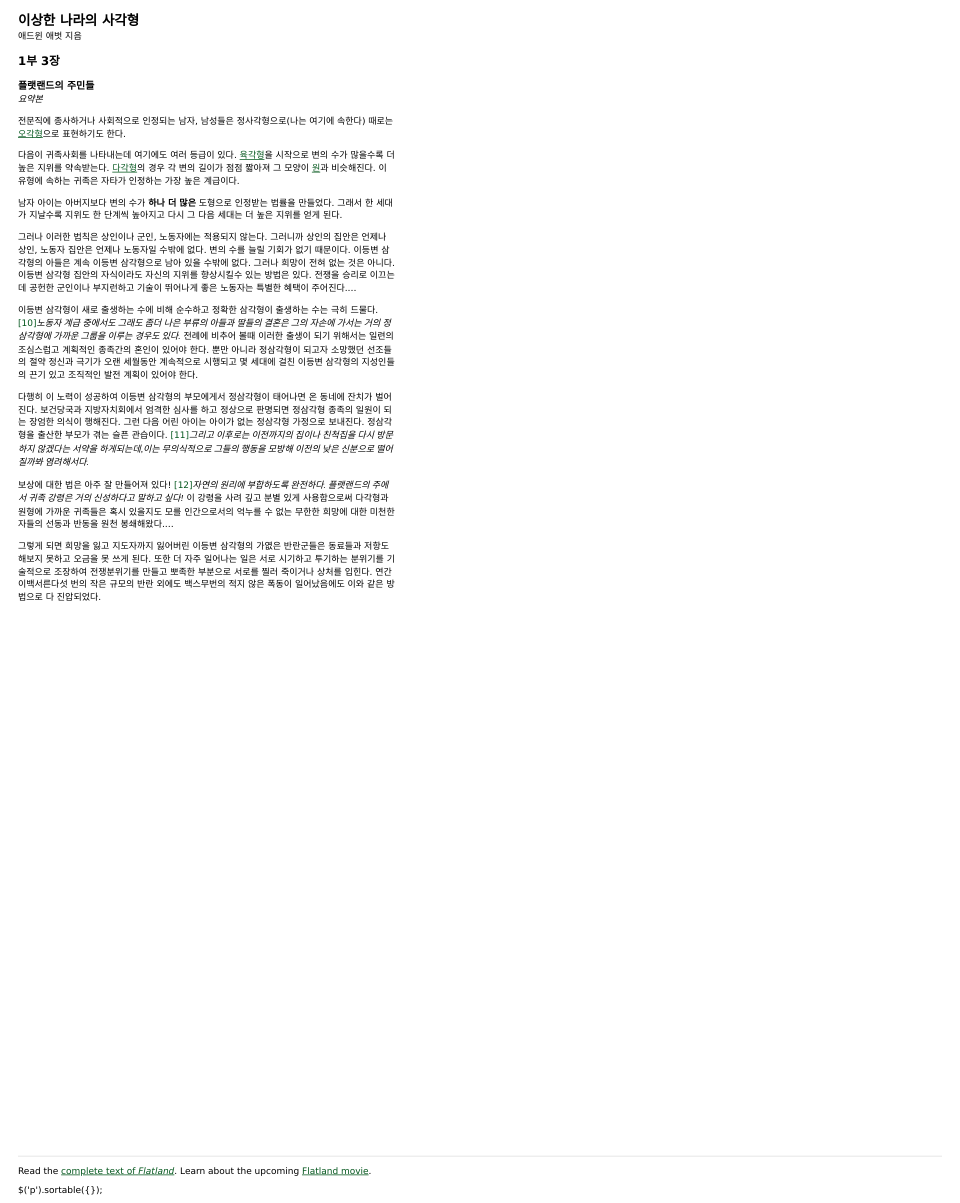
Repository: RyuJelly/211
Page: java_web/jQuery/WebContent/chap05/index.html
An editor plug-in stored every save of this project. The page is shown before and after the next save, followed by the edit.
The browser window is 1280 px wide. The pictures show the whole page, at 75% of full size.

Above is the page before, as saved 2021-03-17 02:56:00.

### java_web/jQuery/WebContent/chap05/index.html
<!DOCTYPE html PUBLIC "-//W3C//DTD XHTML 1.0 Strict//EN"
    "http://www.w3.org/TR/xhtml1/DTD/xhtml1-strict.dtd">

<html xmlns="http://www.w3.org/1999/xhtml" xml:lang="en" lang="en">
<head>
  <meta http-equiv="Content-Type" content="text/html; charset=utf-8" />

  <title>DOM Manipulation</title>
<script src="jquery.js" type="text/javascript">
</script>
<script src="jquery-ui.min.js" type="text/javascript"></script>
  <link rel="stylesheet" href="flatland.css" type="text/css" media="screen" />
<script type="text/javascript" src="flatland.js">
</script>
  <link rel="stylesheet" href="flatland.css" type="text/css" media="screen" />

</head>

<body>
  <div id="container">

<!-- Begin example  -->

<h1 id="f-title">이상한 나라의 사각형</h1>
<div id="f-author">애드윈 애벗 지음</div>
<h2>1부 3장</h2>
<h3 id="f-subtitle">플랫랜드의 주민들</h3>
<div id="excerpt">요약본</div>

<div class="chapter">
  <p class="square">전문직에 종사하거나 사회적으로 인정되는 남자, 남성들은 정사각형으로(나는 여기에 속한다) 때로는 <a href="http://en.wikipedia.org/wiki/pentagon">오각형</a>으로 표현하기도 한다.</p>


  <p class="nobility hexagon">다음이 귀족사회를 나타내는데 여기에도 여러 등급이 있다. <a href="http://en.wikipedia.org/wiki/hexagon">육각형</a>을 시작으로 변의 수가 많을수록 더 높은 지위를 약속받는다. <a href="http://en.wikipedia.org/wiki/polygon">다각형</a>의 경우 각 변의 길이가 점점 짧아져 그 모양이 <a href="http://en.wikipedia.org/wiki/circle">원</a>과 비슷해진다. 이 유형에 속하는 귀족은 자타가 인정하는 가장 높은 계급이다.</p>

  <p><span class="pull-quote">남자 아이는 <span class="drop">아버지보다</span> 변의 수가 <strong>하나 더 많은</strong> 도형으로 인정받는 법률을 만들었다.</span> 그래서 한 세대가 지날수록 지위도 한 단계씩 높아지고 다시 그 다음 세대는 더 높은 지위를 얻게 된다.</p>

  <p>그러나 이러한 법칙은 상인이나 군인, 노동자에는 적용되지 않는다. 그러니까 상인의 집안은 언제나 상인, 노동자 집안은 언제나 노동자일 수밖에 없다. 변의 수를 늘릴 기회가 없기 때문이다. 이등변 삼각형의 아들은 계속 이등변 삼각형으로 남아 있을 수밖에 없다. 그러나 희망이 전혀 없는 것은 아니다. 이등변 삼각형 집안의 자식이라도 자신의 지위를 향상시킬수 있는 방법은 있다. 전쟁을 승리로 이끄는데 공헌한 군인이나 부지런하고 기술이 뛰어나게 좋은 노동자는 특별한 혜택이 주어진다.…</p>


  <p>이등변 삼각형이 새로 출생하는 수에 비해 순수하고 정확한 삼각형이 출생하는 수는 극히 드물다.<span class="footnote">노동자 계급 중에서도 그래도 좀더 나은 부류의 아들과 딸들의 결혼은 그의 자손에 가서는 거의 정삼각형에 가까운 그룹을 이루는 경우도 있다.</span> 전례에 비추어 볼때 이러한 출생이 되기 위해서는 일련의 조심스럽고 계획적인 종족간의 혼인이 있어야 한다. 뿐만 아니라 정삼각형이 되고자 소망했던 선조들의 절약 정신과 극기가 오랜 세월동안 계속적으로 시행되고 몇 세대에 걸친 이등변 삼각형의 지성인들의 끈기 있고
조직적인 발전 계획이 있어야 한다.</p>

  <p><span class="pull-quote">다행히 이 노력이 성공하여 이등변 삼각형의 부모에게서 정삼각형이 태어나면 온 동네에 <span class="drop">잔치가 벌어진다</span>.</span> 보건당국과 지방자치회에서 엄격한 심사를 하고 정상으로 판명되면 정삼각형 종족의 일원이 되는 장엄한 의식이 행해진다. 그런 다음 어린 아이는 아이가 없는 정삼각형 가정으로 보내진다. 정삼각형을 출산한 부모가 겪는 슬픈 관습이다. <span class="footnote">그리고 이후로는 이전까지의 집이나 친척집을 다시 방문하지 않겠다는 서약을 하게되는데,이는 무의식적으로 그들의
행동을 모방해 이전의 낮은 신분으로 떨어질까봐 염려해서다.</span></p>

  <p>보상에 대한 법은 아주 잘 만들어져 있다! <span class="footnote">자연의 원리에 부합하도록 완전하다. 플랫랜드의 주에서 귀족 강령은 거의 신성하다고 말하고 싶다!</span> 이 강령을 사려 깊고 분별 있게 사용함으로써 다각형과 원형에 가까운 귀족들은 혹시 있을지도 모를 인간으로서의 억누를 수 없는 무한한 희망에 대한 미천한 자들의 선동과 반동을 원천 봉쇄해왔다.…</p>

  <p>그렇게 되면 희망을 잃고 지도자까지 잃어버린 이등변 삼각형의 가엾은 반란군들은 동료들과 저항도 해보지 못하고 오금을 못 쓰게 된다. 또한 더 자주 일어나는 일은 서로 시기하고 투기하는 분위기를 기술적으로 조장하여 전쟁분위기를 만들고 뽀족한 부분으로 서로를 찔러 죽이거나 상처를 입힌다. 연간 이백서른다섯 번의 작은 규모의 반란 외에도 백스무번의 적지 않은 폭동이 일어났음에도 이와 같은 방법으로 다 진압되었다.</p>
</div>
<br/><br/><br/><br/><br/><br/><br/><br/><br/><br/><br/><br/><br/><br/><br/><br/><br/>
<br/><br/><br/><br/><br/><br/><br/><br/><br/><br/><br/><br/><br/><br/><br/><br/><br/>
<br/><br/><br/><br/><br/><br/><br/><br/><br/><br/><br/><br/><br/><br/><br/><br/><br/>
<div id="footer">
  <p>Read the <a href="http://web.archive.org/web/20050208012252/http://www.ibiblio.org/eldritch/eaa/FL.HTM">complete text of <i>Flatland</i></a>. Learn about the upcoming <a href="http://www.flatlandthemovie.com/">Flatland movie</a>.</p>
</div>
$('p').sortable({});

  </div>
</body>
</html>

### java_web/jQuery/WebContent/chap05/flatland.css
/***************************************
   =default styles
************************************** */

html, body {
  margin: 0;
  padding: 0;
}

body {
  font: 62.5% Verdana, Helvetica, Arial, sans-serif;
  color: #000;
  background: #fff;
}
#container {
  font-size: 1.2em;
  margin: 10px 2em;
}

h1 {
  font-size: 2.5em;
  margin-bottom: 0;
}

h2 {
  font-size: 1.3em;
  margin-bottom: .5em;
}
h3 {
  font-size: 1.1em;
  margin-bottom: 0;
}

code {
  font-size: 1.2em;
}

a {
  color: #06581f;
}
/***************************************
=Aslett Clearing Method for floats
************************************** */
.clear-after:after {
  content: ".";
  display: block;
  height: 0;
  clear: both;
  visibility: hidden;
  }
.clear-after {display: inline-block;}
/* backslash hack hides from IE Mac \*/
	* html .clear-after {height: 1%;}
	.clear-after {display: block;}
/* end backslash hack */

/***************************************
   =Chapter 5 styles
************************************** */

.chapter {
  width: 42em;
}
#f-title {
  font-size: 1.5em;
}
#excerpt {
  font-style: italic;
}

/* -----------------------------------
   =FOOTNOTES
-------------------------------------- */

span.footnote {
  font-style: italic;
  font-family: "Times New Roman", Times, serif;
  display: block;
  margin: 1em 0;
}

.chapter span.footnote {
  display: inline;
}
.text-reference {
  font-weight: bold;
}
#notes li {
 margin: 1em 0;
}

#notes {
  margin-top: 1em;
  border-top: 1px solid #dedede;
}
#footer {
  margin-top: 1em;
  border-top: 1px solid #dedede;
}

/* -----------------------------------
   =SIMPLE PULL-QUOTE
-------------------------------------- */
/*
.pulled {
  background: #e5e5e5;
  position: absolute;
  width: 145px;
  top: -20px;
  right: -180px;
  padding: 12px 5px 12px 10px;
  font: italic 1.4em "Times New Roman", Times, serif;
}
*/
/* -----------------------------------
   =PULL-QUOTE WITH ROUNDED CORNERS AND DROP SHADOWS
-------------------------------------- */


.pulled-wrapper {
  background: url(pq-top.jpg) no-repeat left top;
  position: absolute;
  width: 160px;
  right: -180px;
  padding-top: 18px;
}
.pulled {
  background: url(pq-bottom.jpg) no-repeat left bottom;
  position: relative;
  display: block;
  width: 140px;
  padding: 0 10px 24px 10px;
  font: italic 1.4em "Times New Roman", Times, serif;
}

### java_web/jQuery/WebContent/chap05/flatland.js
$(function(){
	$('<ol id=notes"></ol>').insertBefore($('#footer'));

	$('span.footnote').each(function(index){
		$(this).before('<a>[' + (index + 10) + ']</a>').appendTo('#notes')
	});

});

Loaded but not shown: java_web/jQuery/WebContent/chap05/jquery.js (library); java_web/jQuery/WebContent/chap05/jquery-ui.min.js (library)

After the next save:
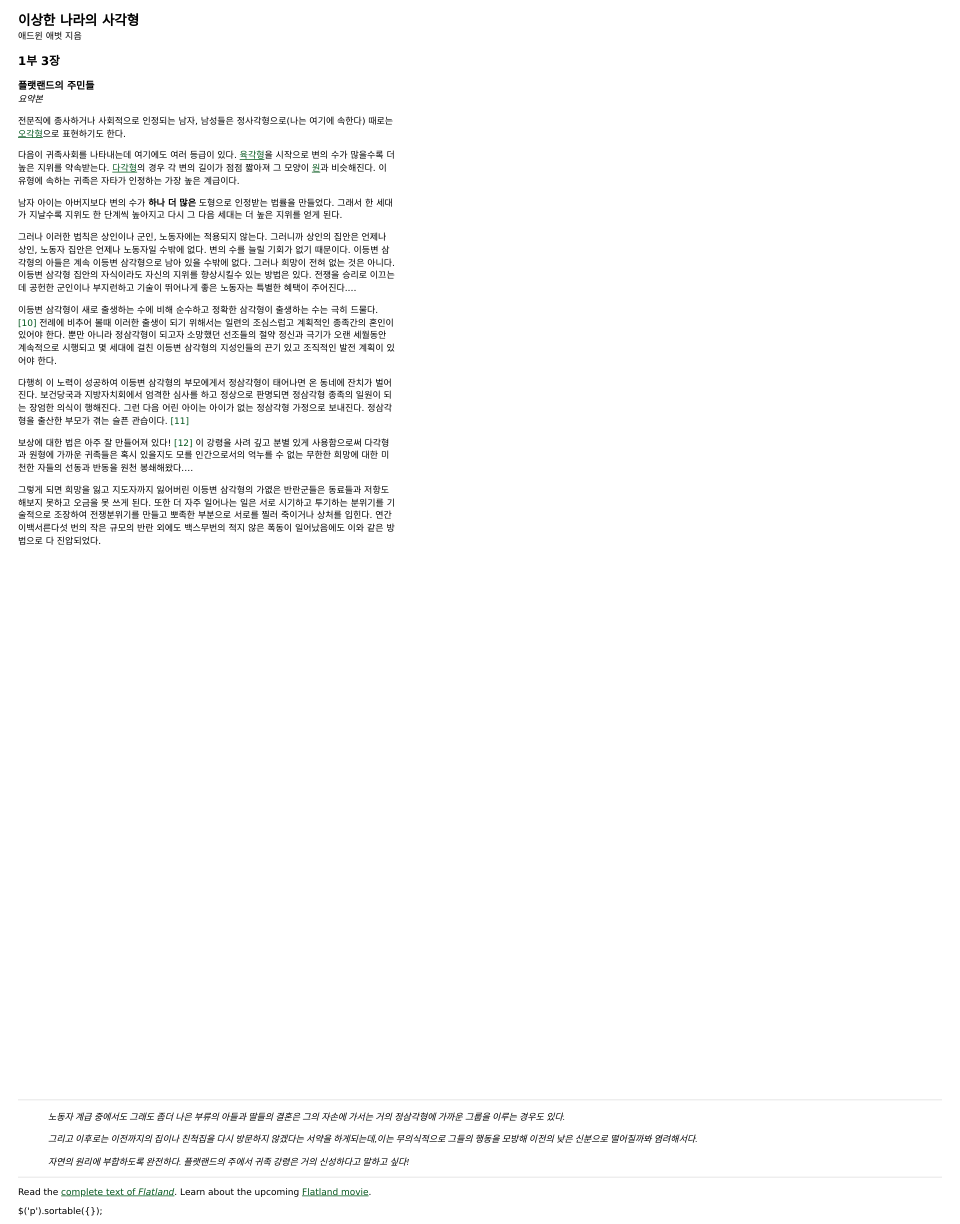
Saved 34 s later.
--- a/java_web/jQuery/WebContent/chap05/flatland.js
+++ b/java_web/jQuery/WebContent/chap05/flatland.js
@@ -1,5 +1,5 @@
 $(function(){
-	$('<ol id=notes"></ol>').insertBefore($('#footer'));
+	$('<ol id="notes"></ol>').insertBefore($('#footer'));
 
 	$('span.footnote').each(function(index){
 		$(this).before('<a>[' + (index + 10) + ']</a>').appendTo('#notes')
